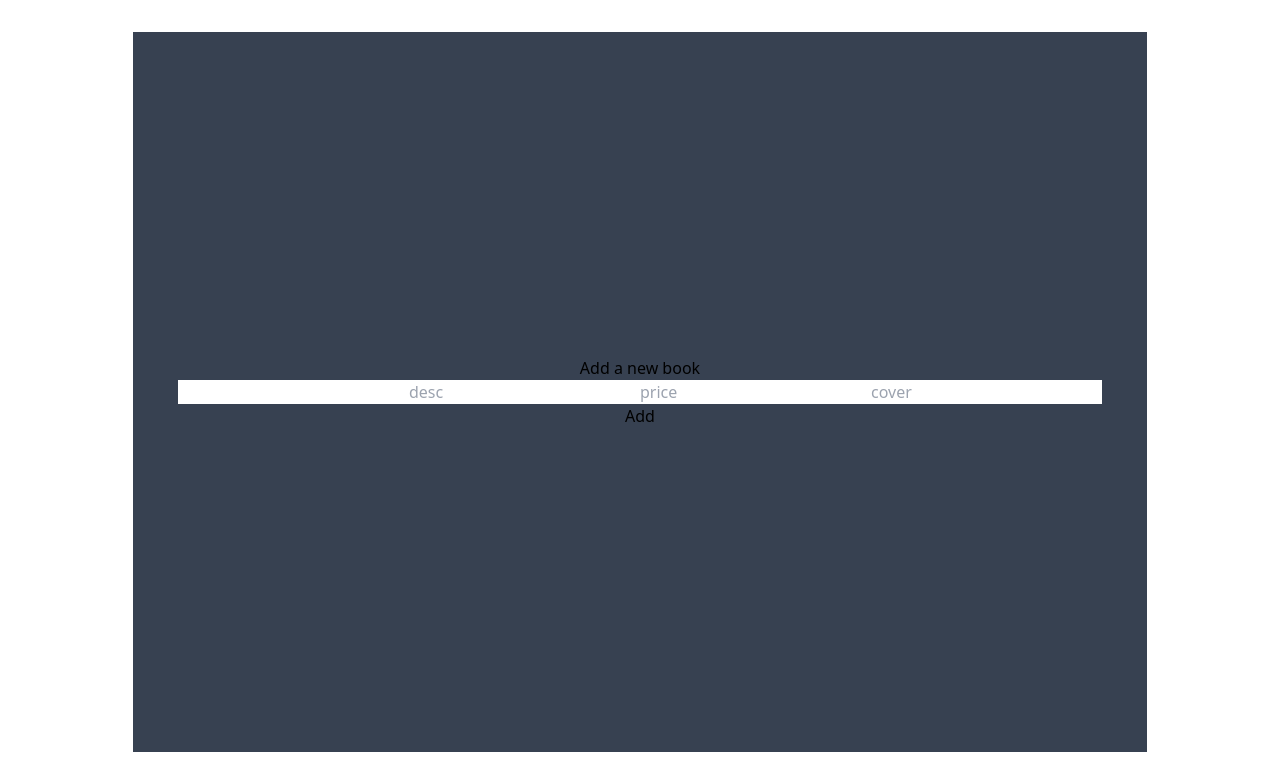
Repository: Vasil1001/fullstack-nutrition-tracker
Page: /add (app in frontend/)
The author's editor kept a copy of each file at every save. The page is drawn from the files as they stood at one save, then again after a run of saves.
The browser window is 1280 px wide. The pictures show the whole page.
The project was rebuilt for these pictures with package versions that can differ from the ones it lists, and the page was loaded fresh each time. Also part of the build but not shown: frontend/vite.config.js, frontend/src/pages/Books.jsx, frontend/src/pages/Update.jsx.

Above is the page before, as saved 2023-05-21 16:08:47.

### frontend/src/App.jsx
import { useState } from 'react'
import reactLogo from './assets/react.svg'
import viteLogo from '/vite.svg'
import './App.css'
import { BrowserRouter, Routes, Route } from 'react-router-dom'
import Books from './pages/Books'
import Add from './pages/Add'
import Update from './pages/Update'

function App() {

  return (
    <div className="max-w-screen bg-gray-700 mx-auto flex  min-h-screen flex-col justify-center px-10 xl:w-10/12  ">
    <BrowserRouter>
        <Routes>
          <Route path='/' element={<Books />} />
          <Route path='/add' element={<Add />} />
          <Route path='/update' element={<Update />} />
        </Routes>
      </BrowserRouter>
    </div>
  )
}

export default App

### frontend/src/pages/Add.jsx
import axios from 'axios'
import React, { useState } from 'react'
import { useNavigate } from 'react-router-dom'

export default function Add() {
  const [book, setBook] = useState({
    title: '',
    desc: '',
    price: 'null',
    cover: '',
  })

  const navigate = useNavigate()

  const handleChange = (e) => {
    setBook((prev) => ({ ...prev, [e.target.name]: e.target.value }))
  }

  const handleClick = async e => {
    e.preventDefault()

    try {
        await axios.post('http://localhost:8080/books', book)
        navigate('/')
    } catch (error) {
        console.log(error)
    }
  }

  console.log(book)

  return (
    <div className="form">
      <h1>Add a new book</h1>
      <input type="text" palceholder="title" name="title" onChange={handleChange} />
      <input type="text" placeholder="desc" name="desc" onChange={handleChange} />
      <input type="number" placeholder="price" name="price" onChange={handleChange} />
      <input type="text" placeholder="cover" name="cover" onChange={handleChange} />
      <button onClick={handleClick}>Add</button>
    </div>
  )
}

### frontend/tailwind.config.js
/** @type {import('tailwindcss').Config} */
export default {
  content: [
    "./index.html",
    "./src/**/*.{js,ts,jsx,tsx}",
  ],
  theme: {
    extend: {},
  },
  plugins: [require("tailwindcss-animate")],
}

Loaded but not shown: frontend/index.html (common file); frontend/src/main.jsx (common file); frontend/src/index.css (common file); frontend/src/App.css (common file)

After the next 6 saves:
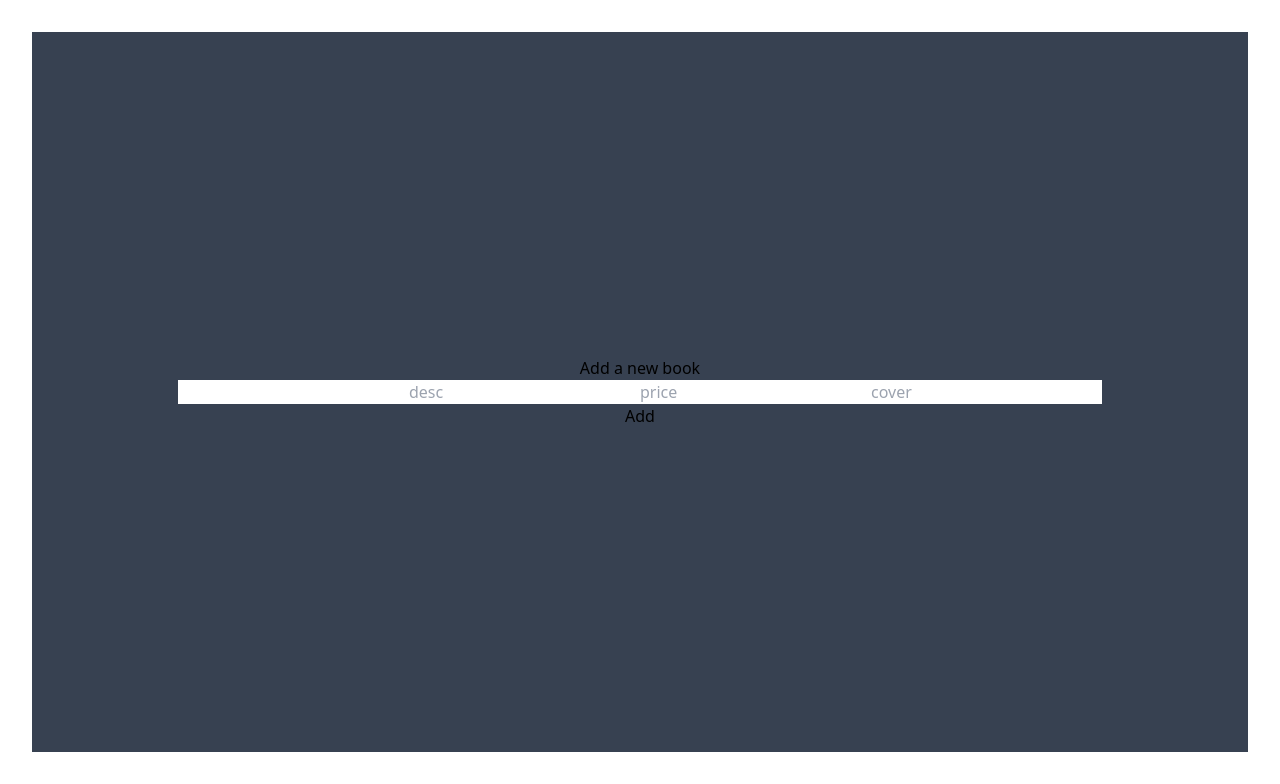
The 6 saves are shown as one change because they came seconds apart.
The last was saved 29 s later.
--- a/frontend/src/App.jsx
+++ b/frontend/src/App.jsx
@@ -8,16 +8,17 @@ import Add from './pages/Add'
 import Update from './pages/Update'
 
 function App() {
-
   return (
-    <div className="max-w-screen bg-gray-700 mx-auto flex  min-h-screen flex-col justify-center px-10 xl:w-10/12  ">
-    <BrowserRouter>
-        <Routes>
-          <Route path='/' element={<Books />} />
-          <Route path='/add' element={<Add />} />
-          <Route path='/update' element={<Update />} />
-        </Routes>
-      </BrowserRouter>
+    <div className="bg-gray-700">
+      <div className="max-w-screen mx-auto flex min-h-screen  flex-col justify-center bg-gray-700 px-10 xl:w-10/12  ">
+        <BrowserRouter>
+          <Routes>
+            <Route path="/" element={<Books />} />
+            <Route path="/add" element={<Add />} />
+            <Route path="/update" element={<Update />} />
+          </Routes>
+        </BrowserRouter>
+      </div>
     </div>
   )
 }
